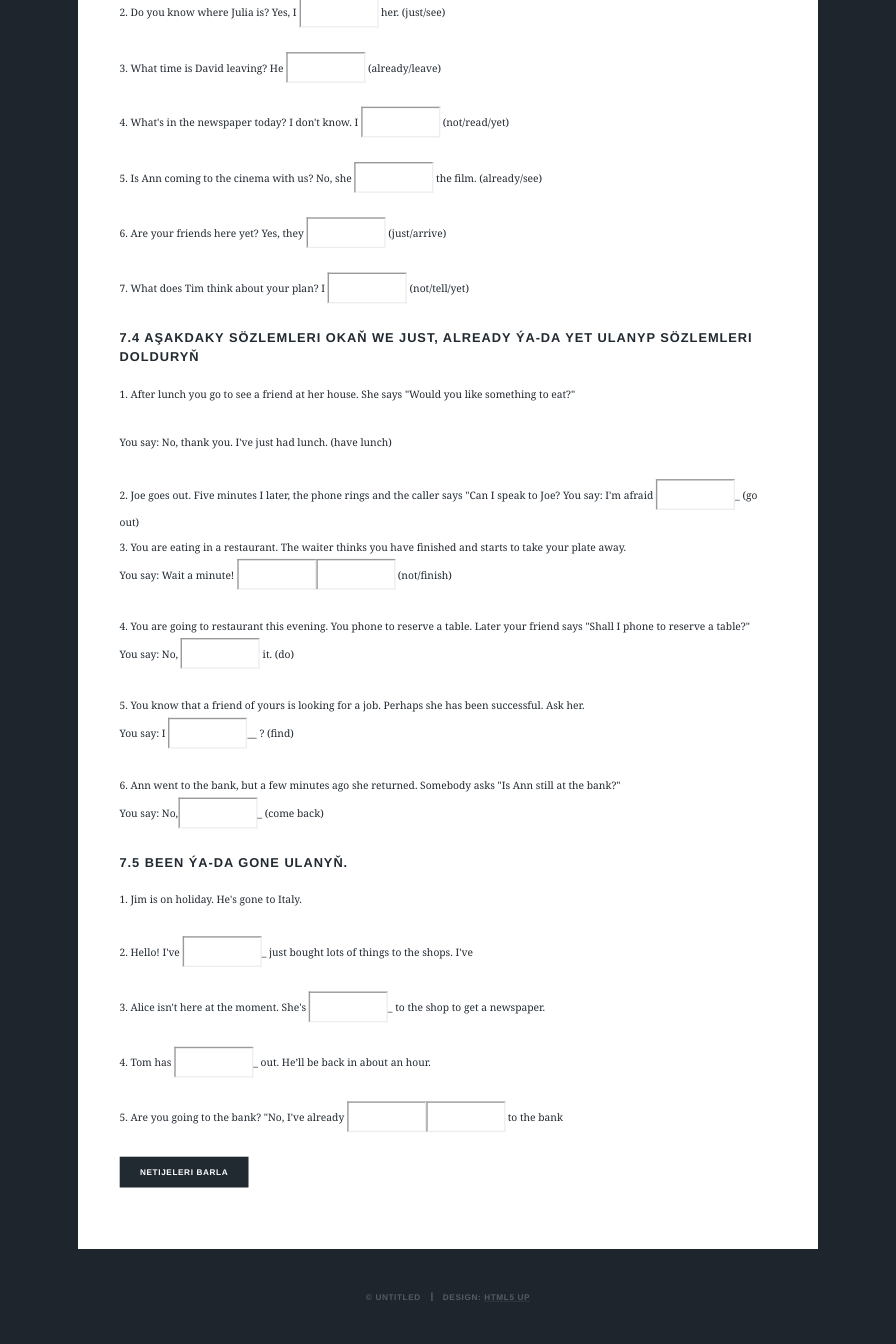
Repository: Sahet-dev/English-grammar-app
Page: test/test_unit _7.html
An editor plug-in stored every save of this project. The page is shown before and after the next save, followed by the edit.
The browser window is 1280 px wide. The pictures show the part of the page from y = 1968 to 3888 px (the page is 3888 px tall), at 70% of full size.
Some web fonts or font styles are not loaded; a fallback is used.

Above is the page before, as saved 2022-06-24 16:06:55.

After the next save:
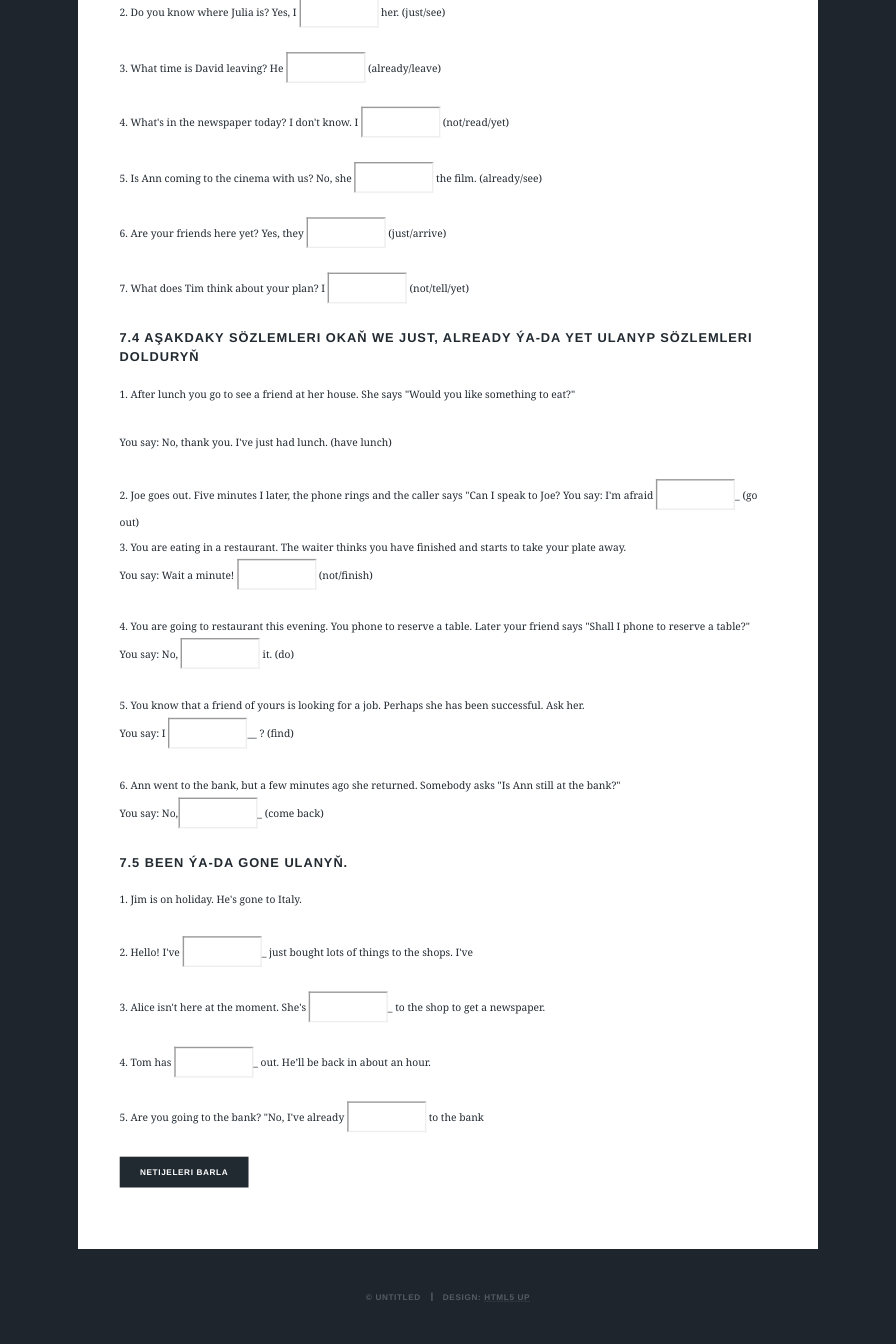
Saved 68 s later.
--- a/test/test_unit _7.html
+++ b/test/test_unit _7.html
@@ -152,7 +152,7 @@
 											plate away.
 											<br>
 
-											You say: Wait a minute! <input type="text" size="7" name="answer" value=""><input type="text" size="7" name="answer" value=""> (not/finish)
+											You say: Wait a minute! <input type="text" size="7" name="answer" value="">  (not/finish)
 											<br><br>
 											4. You are going to restaurant this evening.
 											You phone to reserve a table. Later your friend
@@ -183,7 +183,7 @@
 											4. Tom has <input type="text" size="7" name="answer" value="">_ out. He’ll be back in about an hour.
 											<br><br>
 											5. Are you going to the bank? "No, I've
-											already <input type="text" size="7" name="answer" value=""><input type="text" size="7" name="answer" value=""> to the bank
+											already <input type="text" size="7" name="answer" value="">  to the bank
 											<br><br>
 
 
